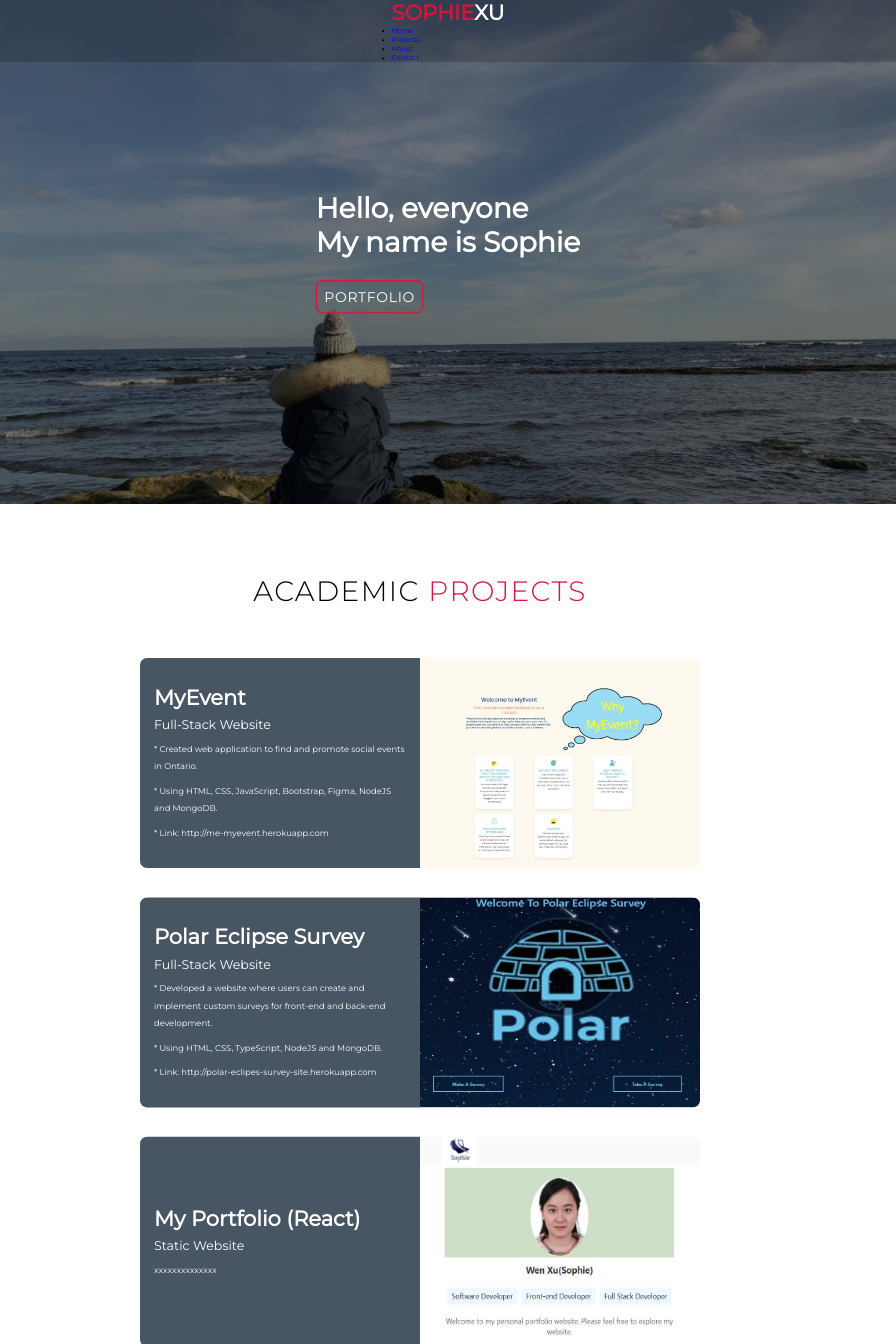
Repository: wenxi0504/StaticWebsite_Profolio
Page: index.html
An editor plug-in stored every save of this project. The page is shown before and after the next save, followed by the edit.
The browser window is 1280 px wide. The pictures show the part of the page from y = 0 to 1920 px (the page is 4021 px tall), at 70% of full size.

Above is the page before, as saved 2022-03-05 00:22:13.

After the next save:
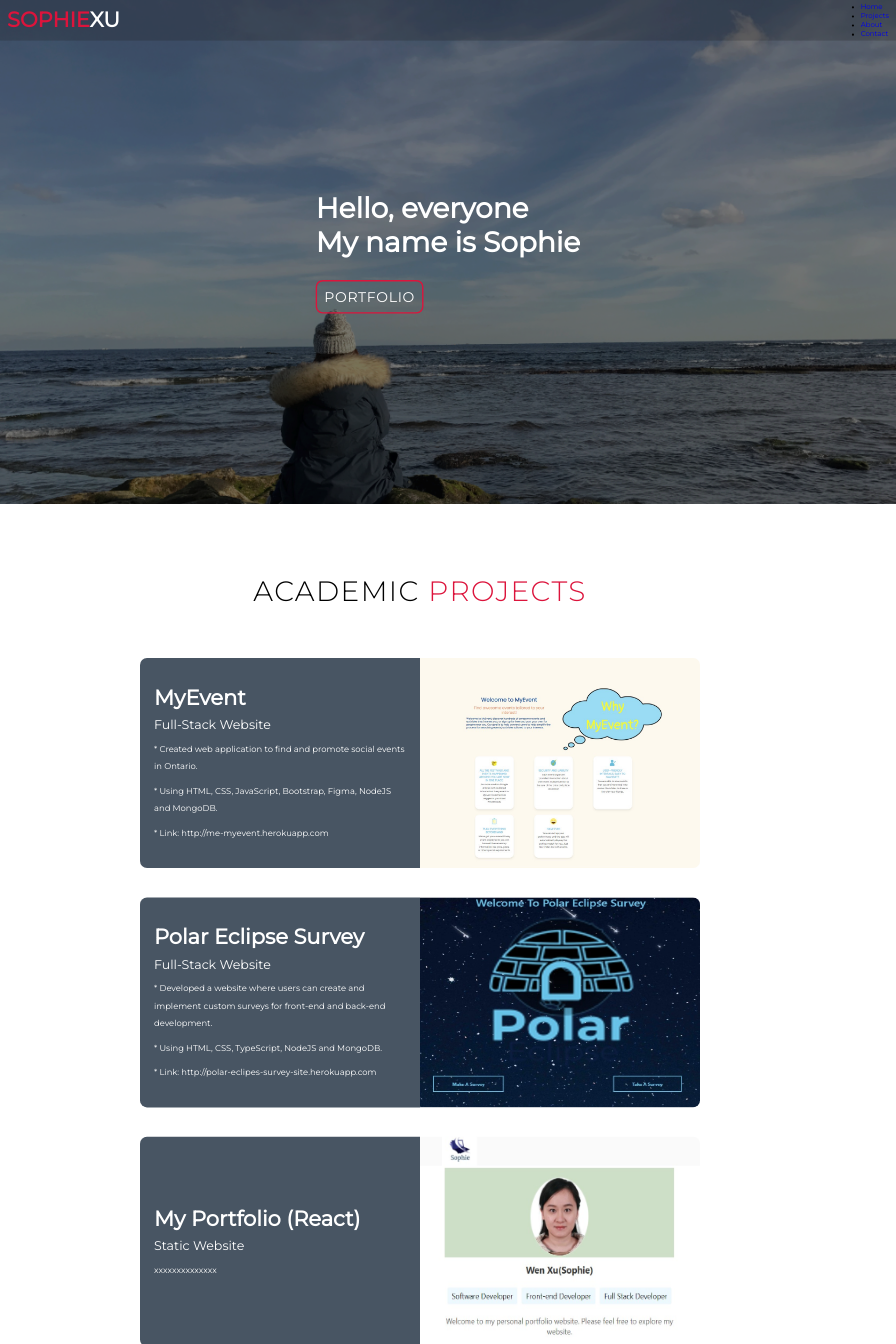
Saved 17 s later.
--- a/style.css
+++ b/style.css
@@ -35,6 +35,15 @@ a {
 	min-height: 8vh;
 	background-color: rgba(31, 30, 30, 0.24);
 	transition: 0.3s ease background-color;
+}
+#header .nav-bar {
+	display: flex;
+	align-items: center;
+	justify-content: space-between;
+	width: 100%;
+	height: 100%;
+	max-width: 1300px;
+	padding: 0 10px;
 }
 /* End Header Section */
 
